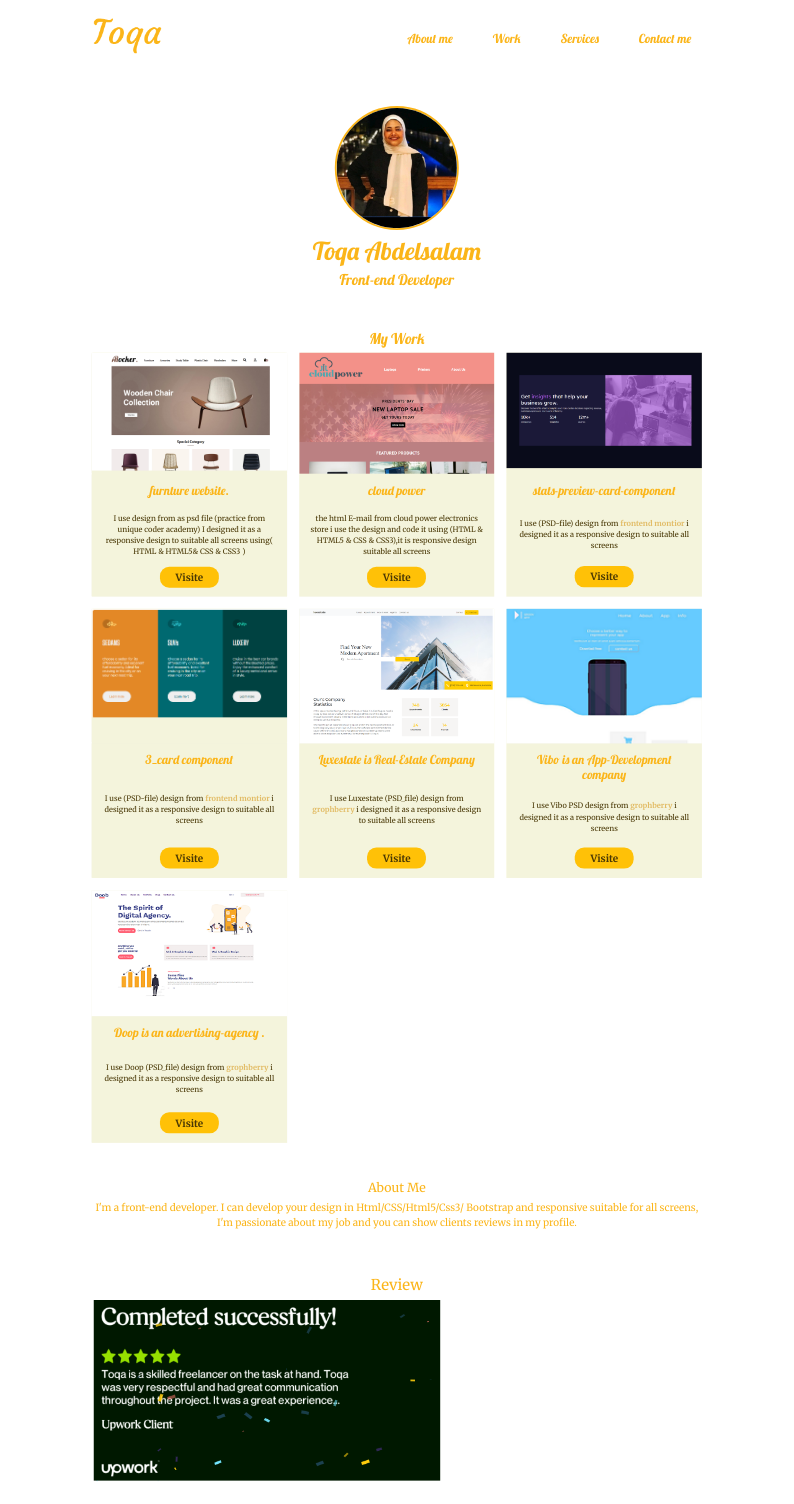
Repository: Toqa-25/portfolio
Page: index.html
These files come from the project's save history. The page is drawn as it stood at one moment and after the next save; the edit follows.
The browser window is 1280 px wide. The pictures show the whole page, at 62% of full size.
Some web fonts or font styles are not loaded; a fallback is used.

Above is the page before, as saved 2021-11-01 04:01:50.

After the next save:
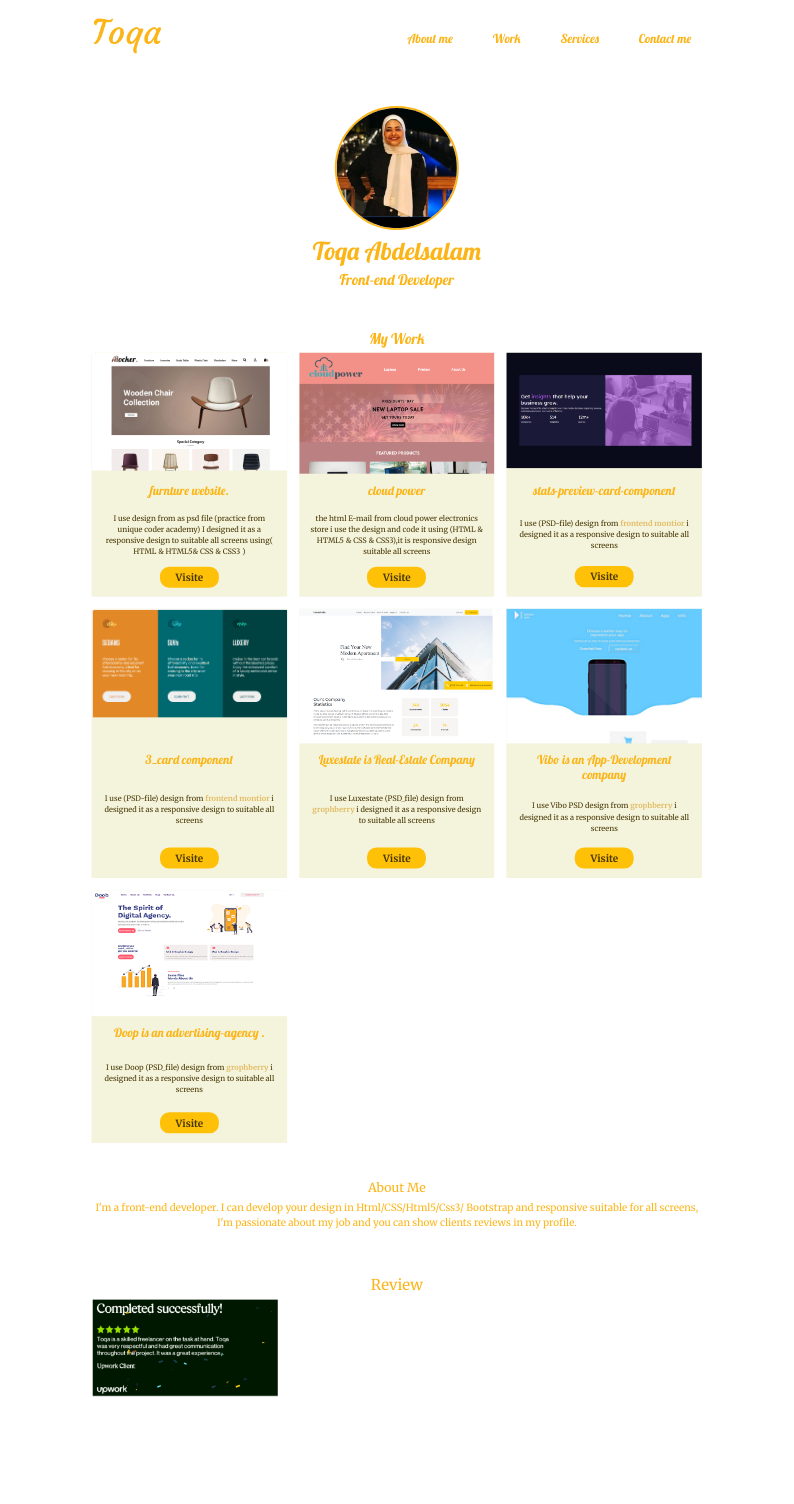
Saved 6 s later.
--- a/css/style.css
+++ b/css/style.css
@@ -255,7 +255,7 @@ text-align: center;
     height: 300px;
 }
 .review-img img{
-    max-width: ;
+    max-width: 100%;
 }
 
 /*
